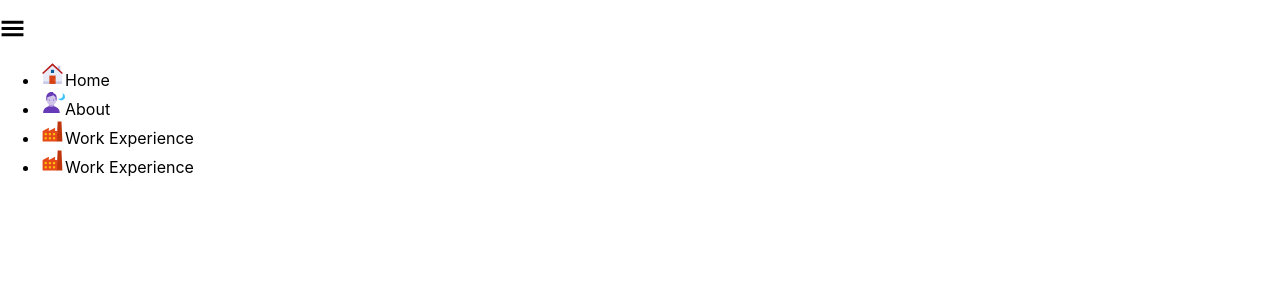
Repository: Laoye99/portfolio
Page: /
An editor plug-in stored every save of this project. The page is shown before and after a run of saves, followed by the edit.
The browser window is 1280 px wide. The pictures show the whole page.
The project was rebuilt for these pictures with package versions that can differ from the ones it lists, and the page was loaded fresh each time. Also part of the build but not shown: src/App.css.

Above is the page before, as saved 2024-02-13 09:54:40.

### src/App.js
import './App.css';
import { createContext, useState } from 'react';
import ScrollToTop from 'react-scroll-to-top';
import Navbar from './components/Navbar';

export const ThemeContext = createContext(null);

const App = () => {
  const [theme, setTheme] = useState("light");

  const changeTheme = () => {
    setTheme((prev) => (prev === "light" ? "dark" : "light"));
  };
  return (
    <ThemeContext.Provider value={{ theme, changeTheme }}>
    <div id={theme}>
    <Navbar/>
    </div>
    <ScrollToTop
    top="200"
    smooth
    height="20"
    width="20"
    color="white"
    style={{ borderRadius: "90px ", backgroundColor: "#38004c" }}
    />
    </ThemeContext.Provider>
  );
}

export default App;

### src/components/Navbar.js
import { useState } from "react";
import {GiHamburgerMenu} from "react-icons/gi";
import { Link } from "react-scroll";
import { FcHome,
    FcNightPortrait,
    FcFactory } from "react-icons/fc";


const Navbar = () => {
    const [open, setOpen] = useState(false);

    const handleClick = () => {
        setOpen(!open);
    };
    return(
        <div className="navbar">
        <div className="navbar-header">
        <p>
        <GiHamburgerMenu size={25} onClick={handleClick} />
        <div className="nav">
        <ul>
        <li className="nav-item">
        <Link
        to="home"
        spy={true}
        smooth={true}
        duration={100}
        offset={-100}
        >
        <FcHome size={25}/>
        Home
        </Link>
        </li>
        <li className="nav-item">
        <Link
        to="about"
        spy={true}
        smooth={true}
        duration={100}
        offset={-100}
        >
        <FcNightPortrait size={25}/>
        About
        </Link>
        </li>
        <li className="nav-item">
        <Link
        to="project"
        spy={true}
        smooth={true}
        duration={100}
        offset={-100}
        >
        <FcFactory size={25}/>
        Work Experience
        </Link>
        </li>
        <li className="nav-item">
        <Link
        to="stack"
        spy={true}
        smooth={true}
        duration={100}
        offset={-100}
        >
        <FcFactory size={25}/>
        Work Experience
        </Link>
        </li>
        </ul>
        </div>
        </p>
        </div>
        </div>
    );

};

export default Navbar;

Loaded but not shown: public/index.html (common file); src/index.js (common file); src/index.css (common file); src/reportWebVitals.js (common file)

After the next 4 saves:
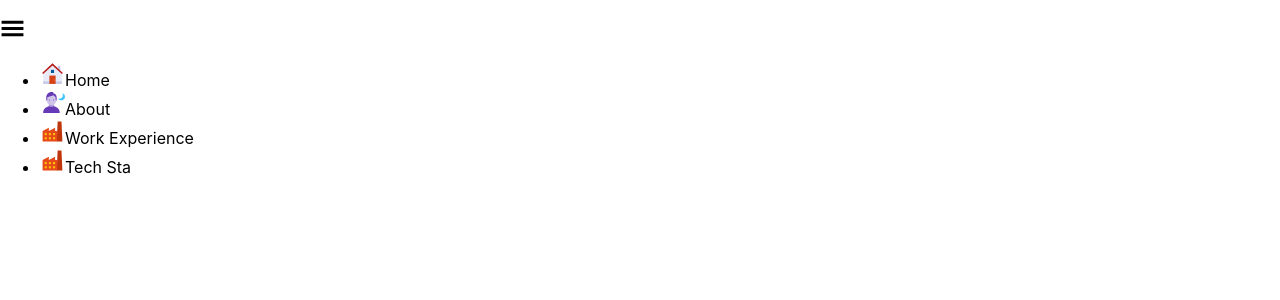
The 4 saves are shown as one change because they came seconds apart.
The last was saved 25 s later.
--- a/src/components/Navbar.js
+++ b/src/components/Navbar.js
@@ -64,7 +64,7 @@ const Navbar = () => {
         offset={-100}
         >
         <FcFactory size={25}/>
-        Work Experience
+        Tech Sta
         </Link>
         </li>
         </ul>
